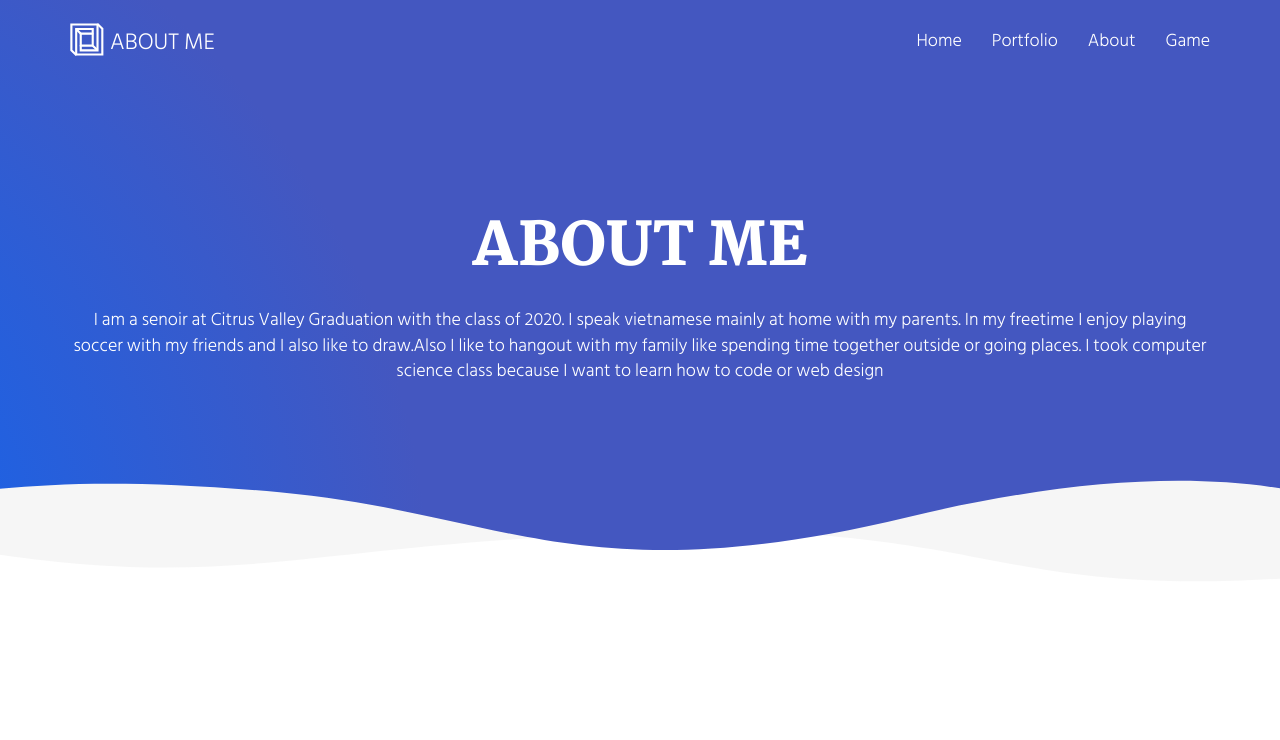
Repository: KevinBach02/KevinBach02.github.io
Page: about.html
The author's editor kept a record of every edit. The page is drawn from the files as they stood at one moment, then again after the next edit.
The browser window is 1280 px wide. The pictures show the whole page.

Above is the page before.

After the next edit:
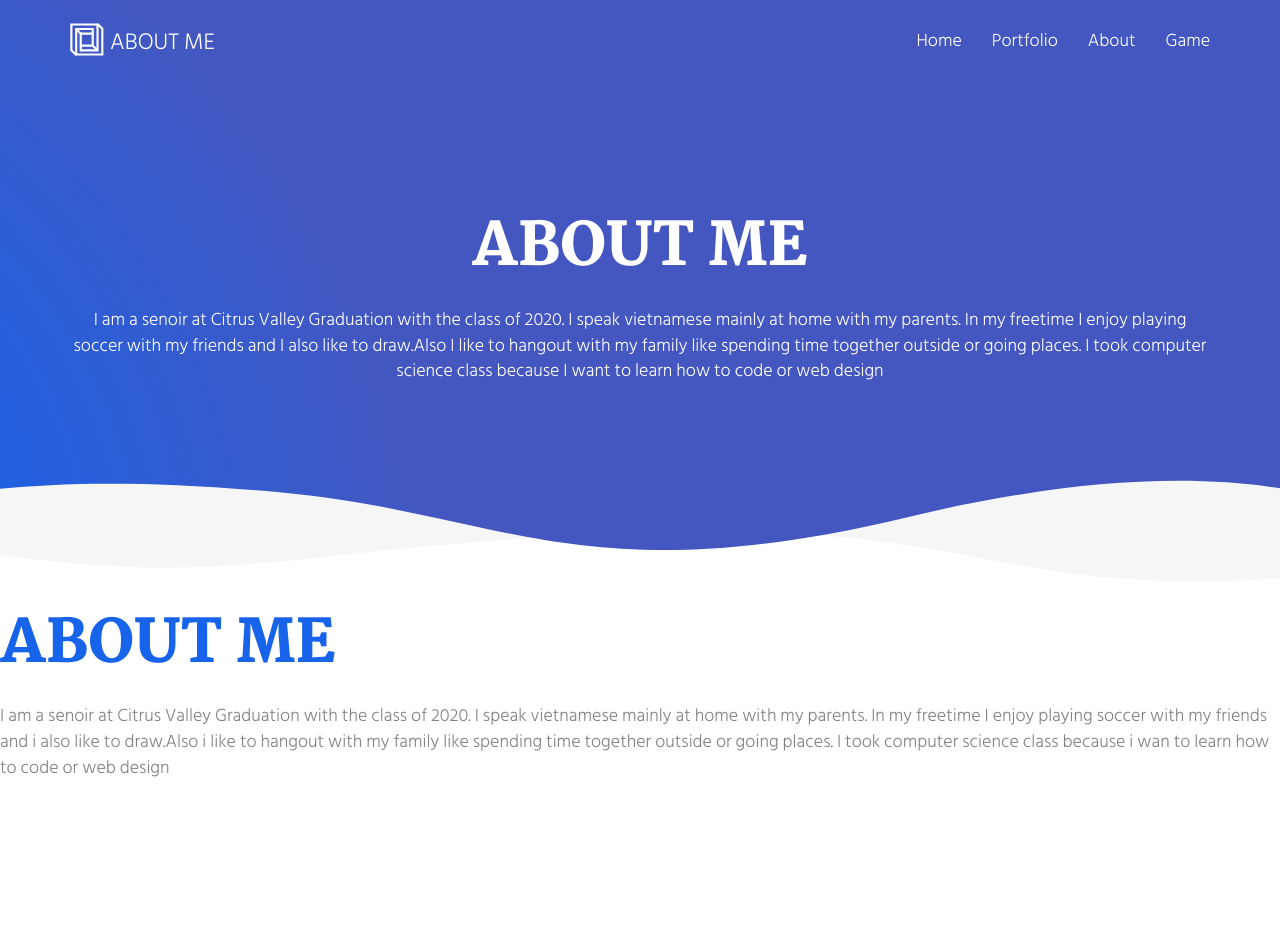
The edit:
--- a/about.html
+++ b/about.html
@@ -65,7 +65,17 @@
       </div>
     </div>
   </div>
-
+<!-- Add your site or app content here -->
+          <h1>ABOUT ME</h1>
+          <p>I am a senoir at Citrus Valley Graduation with the class of 2020. I speak
+    vietnamese mainly at home with my parents. In my freetime I enjoy playing
+    soccer with my friends and i also like to draw.Also i like to hangout with
+    my family like spending time together outside or going places. I took computer
+    science class because i wan to learn how to code or web design</p>
+        </div>
+      </div>
+    </div>
+  </div>
   <div class="section-container">
     <div class="container text-center">
       <div class="row section-container-spacer">
